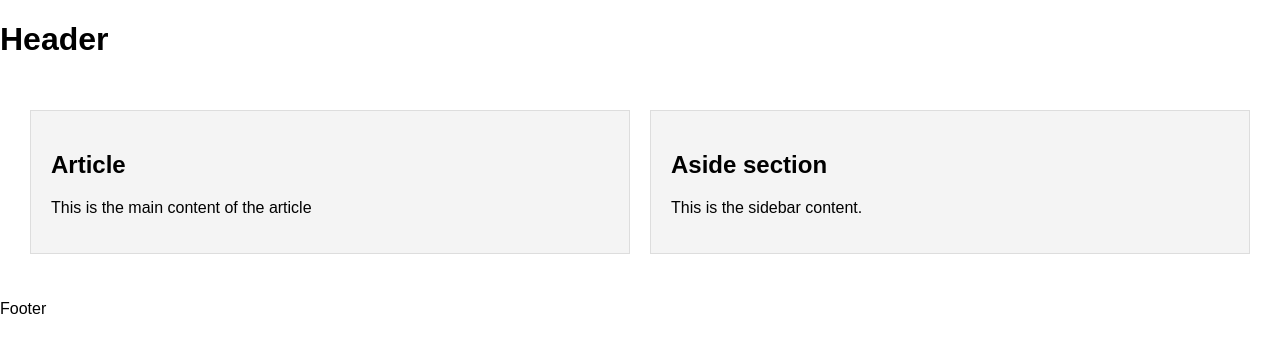
Repository: RishabhModi2899/Repo_Marlabs
Page: index.html
The author's editor kept a copy of each file at every save. The page is drawn from the files as they stood at one save, then again after a run of saves.
The browser window is 1280 px wide. The pictures show the whole page.

Above is the page before, as saved 2024-07-31 11:32:34.

### index.html
<!DOCTYPE html>
<html lang="en">
    <meta charset="UTF-8">
    <meta name="viewport" content="width=device-width", initial-scale="1.0">
    <title>Responsive flex design</title>
    <link rel="stylesheet" href="styles.css">
</html>
<body>
    <header>
        <h1>Header</h1>
    </header>
    <div class="container">
        <article>
            <h2>
                Article
            </h2>
            <p>
                This is the main content of the article
            </p>
        </article>
        <aside>
            <h2>Aside section</h2>
            <p>This is the sidebar content.</p>
        </aside>
    </div>
    <footer>
        <p>
            Footer
        </p>
    </footer>
</body>

### styles.css
body {
    font-family: Arial, Helvetica, sans-serif;
    margin: 0;
    padding: 0;
    box-sizing: border-box;
}

.container {
    display: flex;
    flex-wrap: wrap;
    justify-content: space-between;
    padding: 20px;
}

article, aside {
    background-color: #f4f4f4;
    margin: 10px;
    padding: 20px;
    border: 1px solid #ddd;
    flex: 1;
}

header, footer {
    background-color:
}

After the next 3 saves:
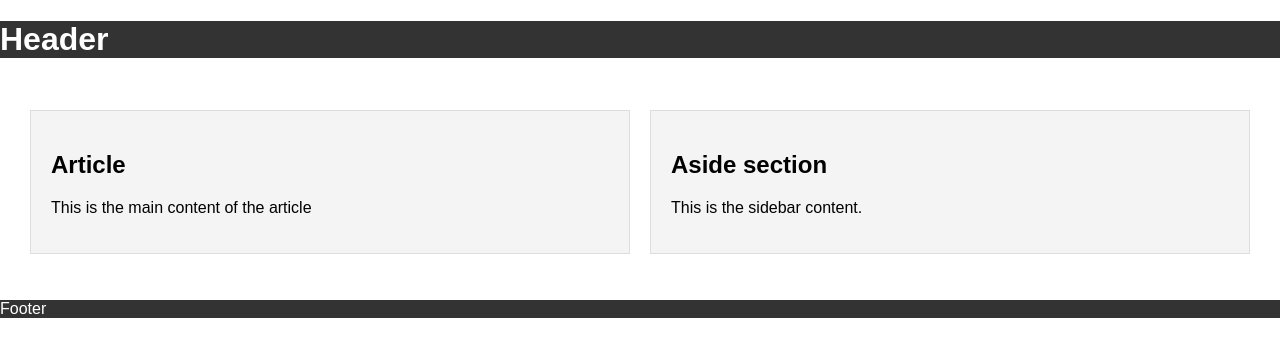
The 3 saves are shown as one change because they came seconds apart.
The last was saved 10 s later.
--- a/styles.css
+++ b/styles.css
@@ -21,5 +21,7 @@ article, aside {
 }
 
 header, footer {
-    background-color:
+    background-color: #333;
+    color: white;
+
 }
